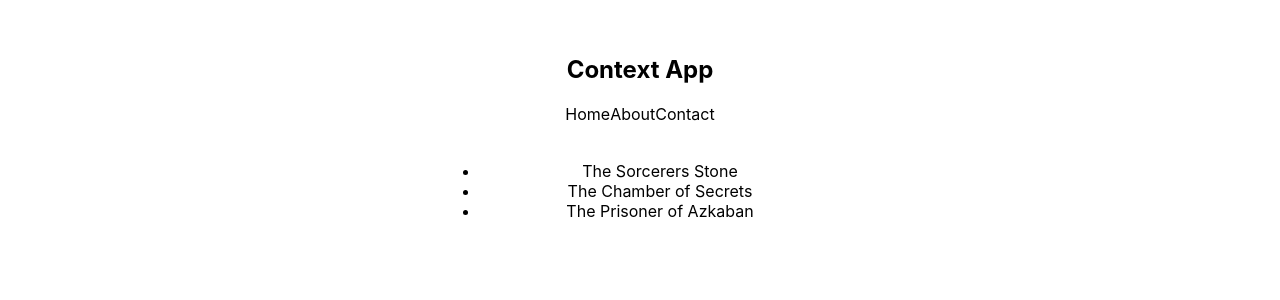
Repository: gboyega/Hook-Context-tut
Page: /
An editor plug-in stored every save of this project. The page is shown before and after a run of saves, followed by the edit.
The browser window is 1280 px wide. The pictures show the whole page.
The project was rebuilt for these pictures with package versions that can differ from the ones it lists, and the page was loaded fresh each time.

Above is the page before, as saved 2020-01-18 14:42:48.

### src/index.css
body {
  margin: 0;
  font-family: -apple-system, BlinkMacSystemFont, 'Segoe UI', 'Roboto', 'Oxygen',
    'Ubuntu', 'Cantarell', 'Fira Sans', 'Droid Sans', 'Helvetica Neue',
    sans-serif;
  -webkit-font-smoothing: antialiased;
  -moz-osx-font-smoothing: grayscale;
}

.App {
  max-width : 400px;
  margin: 30px auto;
  text-align: center;
}

nav{
  padding: 5px;
}

nav ul {
  padding: 0;
}

nav ul li {
  display: inline-block
}

### src/App.js
import React from 'react';
import Navbar from './components/Navbar';
import BookList from './components/BookList';

function App() {
  return (
    <div className="App">
    <Navbar />
    <BookList />

    </div>
  );
}

export default App;

### src/components/Navbar.js
import React, { Component } from 'react';

class Navbar extends Component {
    render() {
        return (
          <nav>
            <h1>Context App</h1>
            <ul>
              <li>Home</li>
              <li>About</li>
              <li>Contact</li>
            </ul>
          </nav>
        );
    }
}

export default Navbar ;

### src/components/BookList.js
import React, { Component } from 'react'

class BookList extends Component {

    render() {
        return (
          <div className="book-list">
            <ul>
              <li>The Sorcerers Stone</li>
              <li>The Chamber of Secrets </li>
              <li>The Prisoner of Azkaban</li>
            </ul>
          </div>
        );
    }
}

export default BookList;

Loaded but not shown: public/index.html (common file); src/index.js (common file); src/serviceWorker.js (common file)

After the next 10 saves:
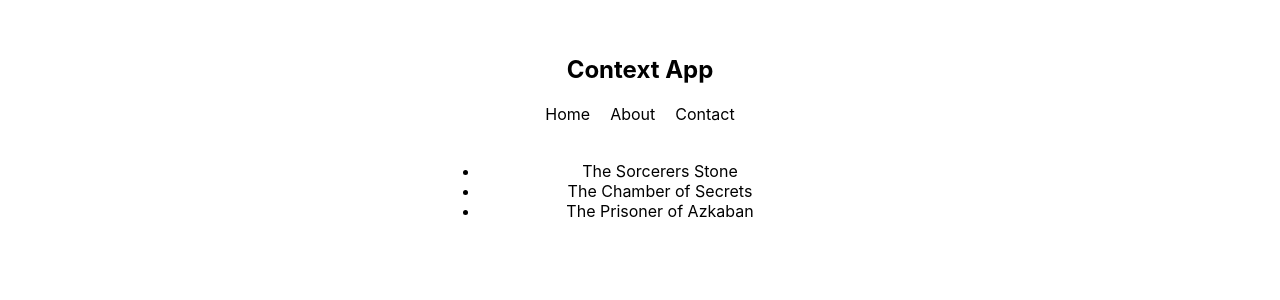
The 10 saves are shown as one change because they came seconds apart.
The last was saved 14 s later.
--- a/src/index.css
+++ b/src/index.css
@@ -22,5 +22,6 @@ nav ul {
 }
 
 nav ul li {
-  display: inline-block
+  display: inline-block;
+  margin: 0 10px;
 }
